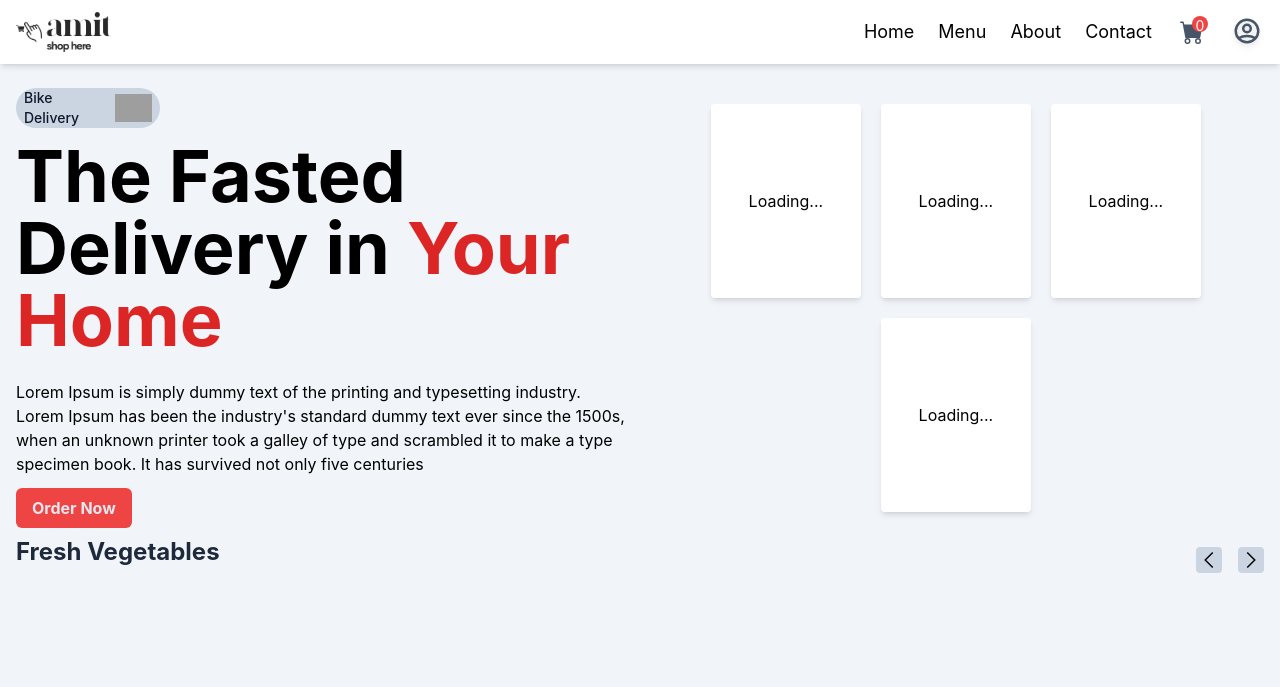
Repository: Lehuyhuynh/Web_ban_hoa_qua
Page: / (app in frontend/)
An editor plug-in stored every save of this project. The page is shown before and after the next save, followed by the edit.
The browser window is 1280 px wide. The pictures show the whole page.
Pictures or frames that could not be fetched are drawn as grey boxes. The page's requests for data from a server got no answer. The project was rebuilt for these pictures with package versions that can differ from the ones it lists, and the page was loaded fresh each time. No one was signed in, and anything a server would have sent is missing. Also part of the build but not shown: frontend/src/page/Menu.js, frontend/src/page/About.js, frontend/src/page/Contact.js, frontend/src/page/login.js, frontend/src/utility/ImagetoBase64.js, frontend/src/page/Newproduct.js, frontend/src/page/Signup.js.

Above is the page before, as saved 2024-01-05 21:22:38.

After the next save:
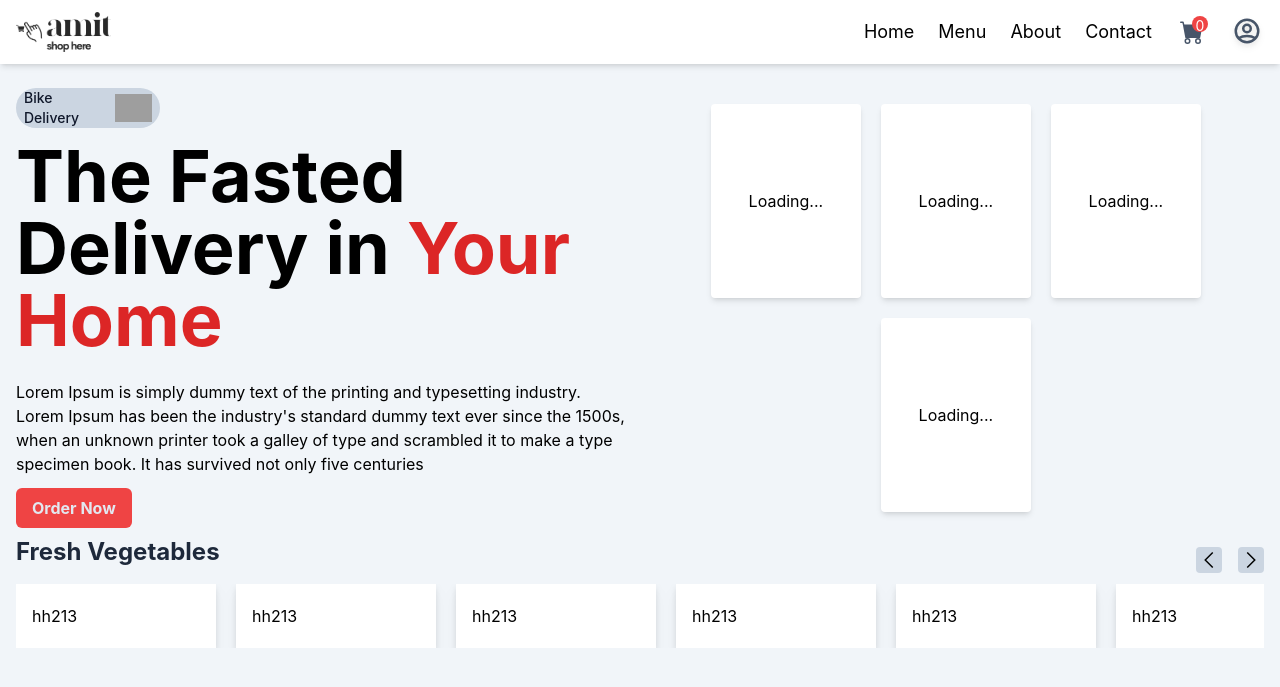
Saved 75 s later.
--- a/frontend/src/page/Home.js
+++ b/frontend/src/page/Home.js
@@ -10,8 +10,14 @@ const Home = () => {
   const productData = useSelector((state) => state.product.productList);
   console.log(productData);
   const homeProductCartList = productData.slice(1, 5);
+  const homeProductCartListVegetables = productData.filter(
+    (el) => el.category === "vegetable",
+    []
+  );
   const loadingArray = new Array(4).fill(null);
   const slideProductRef = useRef();
+  const loadingArrayFeature = new Array(10).fill(null);
+
   const nextProduct = () => {};
   const preveProduct = () => {};
 
@@ -88,7 +94,7 @@ const Home = () => {
           className="flex gap-5 overflow-scroll scrollbar-none scroll-smooth transition-all"
           ref={slideProductRef}
         >
-          {/* {homeProductCartListVegetables[0]
+          {homeProductCartListVegetables[0]
             ? homeProductCartListVegetables.map((el) => {
                 return (
                   <CardFeature
@@ -103,7 +109,7 @@ const Home = () => {
               })
             : loadingArrayFeature.map((el, index) => (
                 <CardFeature loading="Loading..." key={index + "cartLoading"} />
-              ))} */}
+              ))}
         </div>
       </div>
     </div>
